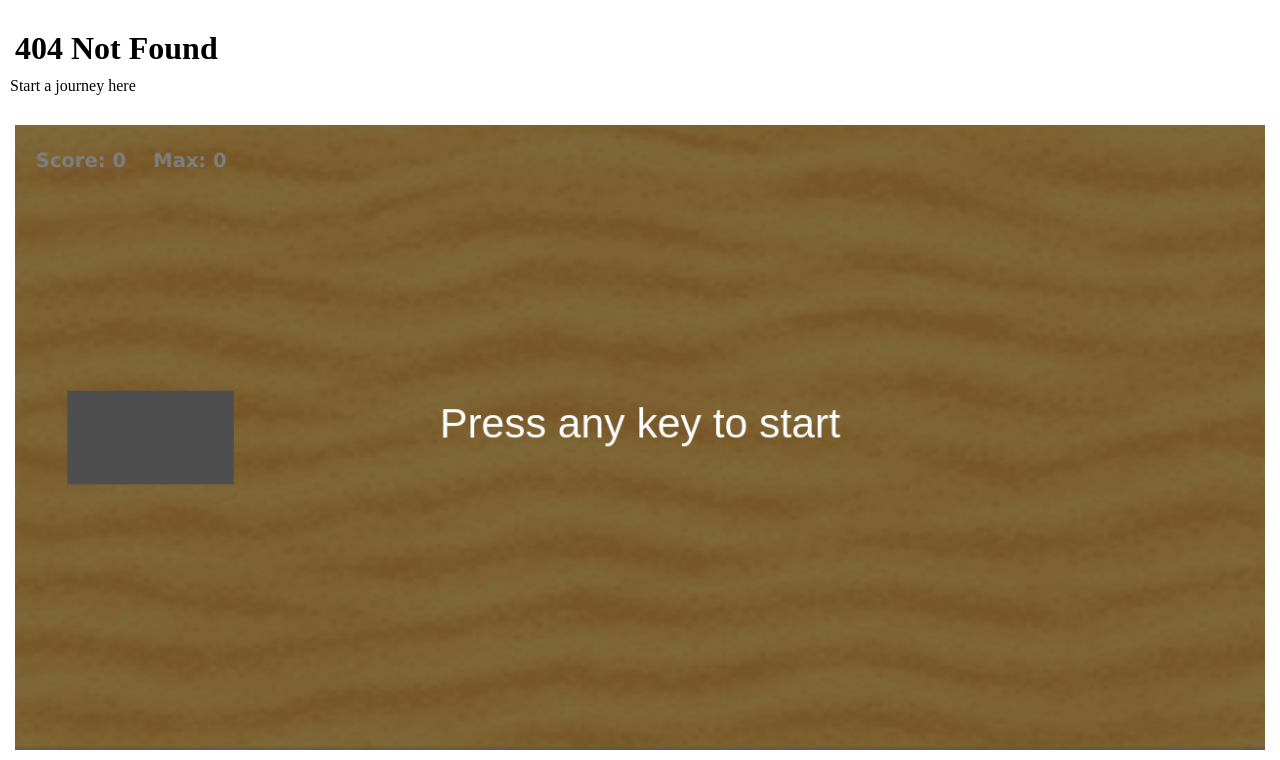
Repository: btgoo/game
Page: car.html
An editor plug-in stored every save of this project. The page is shown before and after the next save, followed by the edit.
The browser window is 1280 px wide. The pictures show the whole page.

Above is the page before, as saved 2025-10-26 02:49:00.

### car.html
<!DOCTYPE html>
<script src="carscript.js" defer type="module"></script>
<link rel="stylesheet" href="car_style.css">
<html lang="en">
<head>
    <meta charset="UTF-8">
    <meta http-equiv="X-UA-Compatible" content="IE=edge" />
    <meta name="viewport" content="width=device-width, initial-scale=1.0">
    <title>CarGo</title>
</head>
<body>
    <h1>404 Not Found</h1>
    Start a journey here
    <p id="demo"></p>
    <canvas id="game">
    </canvas>
</body>
 </html>

### carscript.js
const canvas = document.getElementById("game");
const ctx = canvas.getContext("2d");

const GAME_WIDTH = 1200;
const GAME_HEIGHT = 600;
const PLAYER_WIDTH = 160;
const PLAYER_HEIGHT = 90;
const CACTI_WIDTH = 78;
const CACTI_Height = 90;

const NUM_LANES = 5;

const obstacleData = [
    {src: "./assets/car_images/cactus_1.png", width:CACTI_WIDTH, height:CACTI_WIDTH},
    {src: "./assets/car_images/cactus_2.png", width:CACTI_WIDTH, height:CACTI_Height},
    {src: "./assets/car_images/cactus_3.png", width:CACTI_WIDTH, height:CACTI_Height},
    {src: "./assets/car_images/cactus_1.png", width:CACTI_WIDTH, height:CACTI_WIDTH},
    {src: "./assets/car_images/cactus_2.png", width:CACTI_WIDTH, height:CACTI_Height},
    {src: "./assets/car_images/cactus_3.png", width:CACTI_WIDTH, height:CACTI_Height},
    {src: "./assets/car_images/tumbleweed.png", width:CACTI_WIDTH, height:CACTI_WIDTH},
    {src: "./assets/car_images/red_car.png", width:PLAYER_WIDTH, height:PLAYER_HEIGHT},
    {src: "./assets/car_images/green_car.png", width:PLAYER_WIDTH, height:PLAYER_HEIGHT},
];

let obstacleImgs = [];
obstacleData.forEach(data => {
    const img = new Image();
    img.src = data.src;
    img.width = data.width;
    img.height = data.height;
    obstacleImgs.push(img);
});

const explosionImg = new Image();
explosionImg.src = "./assets/car_images/explosion_sprite.png";

let explosions = [];

let scaleRatio = null;
let backgroundX = 0;
let gameSpeed = 3;
let speedIncreaseRate = 0.0001;

let gameRunning = false;
let gameOver = false;

let score = 0;
let maxScore = 0;

let car = {
  x: GAME_WIDTH / 24,
  width: PLAYER_WIDTH,
  height: PLAYER_HEIGHT,
  lane: 2,
};

let obstacles = [];
let obstacleTimer = 0;
let obstacleInterval = 80;
let lanes = [];

function setupLanes() {
  const laneHeight = GAME_HEIGHT / NUM_LANES;
  lanes = [];
  for (let i = 0; i < NUM_LANES; i++) {
    lanes.push(laneHeight * i + (laneHeight - car.height) / 2);
  }
  car.y = lanes[car.lane];
}

function getScaleRatio() {
  const screenHeight = Math.min(window.innerHeight, document.documentElement.clientHeight);
  const screenWidth = Math.min(window.innerWidth, document.documentElement.clientWidth);

  if (screenWidth / screenHeight < GAME_WIDTH / GAME_HEIGHT) {
    return screenWidth / GAME_WIDTH;
  } else {
    return screenHeight / GAME_HEIGHT;
  }
}

function setScreen() {
  scaleRatio = getScaleRatio();
  canvas.width = GAME_WIDTH * scaleRatio;
  canvas.height = GAME_HEIGHT * scaleRatio;
  setupLanes();
}

setScreen();
window.addEventListener("resize", () => {
  setScreen();
  drawScene();
});

const backgroundImg = new Image();
backgroundImg.src = "./assets/car_images/background.png";

const carImg = new Image();
carImg.src = "./assets/car_images/blue_car.png";

backgroundImg.onload = requestAnimationFrame(gameLoop);
carImg.onload = () => requestAnimationFrame(gameLoop);

backgroundImg.onload = drawStartScreen;
carImg.onload = drawStartScreen;


function drawStartScreen() {
    drawScene();
    ctx.fillStyle = "rgba(0, 0, 0, 0.5)";
    ctx.fillRect(0, 0, canvas.width, canvas.height);

    ctx.fillStyle = "white";
    ctx.font = `${40 * scaleRatio}px Arial`;
    ctx.textAlign = "center";
    ctx.fillText("Press any key to start", canvas.width / 2, canvas.height / 2);
}

function drawScene() {
    ctx.clearRect(0, 0, canvas.width, canvas.height);

    const bgWidth = canvas.width;
    const bgHeight = canvas.height;
    let bgX = -backgroundX * scaleRatio;

    ctx.drawImage(backgroundImg, bgX, 0, bgWidth, bgHeight);
    ctx.drawImage(backgroundImg, bgX + bgWidth, 0, bgWidth, bgHeight);

    ctx.fillStyle = "white";
    ctx.font = `bold ${20}px Verdana`;
    ctx.textAlign = "left";
    ctx.fillText(`Score: ${score}    Max: ${maxScore}`, 20 * scaleRatio, 40 * scaleRatio);

    if (backgroundX * scaleRatio >= bgWidth) backgroundX = 0;

    obstacles.forEach((ob) => {
        ctx.drawImage(
        ob.img,
        ob.x * scaleRatio,
        ob.y * scaleRatio,
        ob.width * scaleRatio,
        ob.height * scaleRatio
        );
    });

    if (!gameOver) {
        ctx.drawImage(
            carImg,
            car.x * scaleRatio,
            car.y * scaleRatio,
            car.width * scaleRatio,
            car.height * scaleRatio
        );
    }
    explosions.forEach((ex, i) => {
        const frameWidth = explosionImg.width / ex.maxFrames;
        const frameHeight = explosionImg.height;

        ctx.drawImage(
            explosionImg,
            frameWidth * ex.frame,
            0,
            frameWidth,
            frameHeight,
            ex.x * scaleRatio,
            ex.y * scaleRatio,
            ex.width * scaleRatio,
            ex.height * scaleRatio
        );

        ex.tick++;
        if (ex.tick % ex.frameSpeed === 0) {
            ex.frame++;
        }
        if (ex.frame >= ex.maxFrames) {
            explosions.splice(i, 1);
        }
    });
    if (gameOver) {
        ctx.fillStyle = "rgba(0, 0, 0, 0.6)";
        ctx.fillRect(0, 0, canvas.width, canvas.height);
        ctx.fillStyle = "white";
        ctx.font = `${60 * scaleRatio}px Arial Black`;
        ctx.textAlign = "center";
        ctx.fillText("GAME OVER", canvas.width / 2, canvas.height / 2);
        ctx.font = `${30 * scaleRatio}px Arial`;
        ctx.fillText("Press any key to restart", canvas.width / 2, canvas.height / 2 + 60 * scaleRatio);
    }
}

function gameLoop() {
    if (gameRunning && !gameOver) {
        backgroundX += gameSpeed;

        obstacleTimer++;
        if (obstacleTimer > obstacleInterval) {
            spawnObstacle();
            obstacleTimer = 0;
            obstacleInterval = 100 + Math.random() * 10;
        }

        obstacles.forEach((ob) => {
            ob.x -= gameSpeed;

            if (!ob.counted && ob.x + ob.width < car.x) {
                score++;
                ob.counted = true;

                if (score > maxScore) {
                    maxScore = score;
                }
            }
        });

        obstacles = obstacles.filter((ob) => ob.x + ob.width > 0);

        checkCollisions();

        gameSpeed += speedIncreaseRate;

        drawScene();
    }
    requestAnimationFrame(gameLoop);
}
requestAnimationFrame(gameLoop);

function checkCollisions() {
    obstacles.forEach((ob, index) => {
      const carLeft = car.x;
      const carRight = car.x + car.width;
      const carTop = car.y;
      const carBottom = car.y + car.height;

      const obLeft = ob.x;
      const obRight = ob.x + ob.width-10;
      const obTop = ob.y;
      const obBottom = ob.y + ob.height;

      const horizontalOverlap = carLeft < obRight && carRight > obLeft;
      const verticalOverlap = carTop < obBottom && carBottom > obTop;

      if (horizontalOverlap && verticalOverlap) {
        spawnExplosion(car.x, car.y, car.width, car.height);
        setTimeout(setGameOver, 100);
      }
    });
}

function setGameOver(){
    gameRunning = false;
    gameOver = true
    drawScene();
}

function spawnObstacle() {
    const lane = Math.floor(Math.random() * NUM_LANES);
    const imgIndex = Math.floor(Math.random() * obstacleImgs.length);
    const chosenImg = obstacleImgs[imgIndex];

    const newObstacle = {
        x: GAME_WIDTH + 50,
        y: lanes[lane],
        width: chosenImg.width,
        height: chosenImg.height,
        lane: lane,
        img: chosenImg
    };
    obstacles.push(newObstacle);
}

function spawnExplosion(x, y, width, height) {
    explosions.push({
        x: x,
        y: y,
        width: width,
        height: height,
        frame: 0,
        maxFrames: 15,
        frameSpeed: 3,
        tick: 0
    });
}

window.addEventListener("keydown", (e) => {
    if (!gameRunning && !gameOver) {
      // start
      gameRunning = true;
        obstacles = [];
        explosions = [];
        backgroundX = 0;
        gameSpeed = 3;
        score = 0;
        drawScene();
    } else if (gameOver) {
      // restart
        gameOver = false;
        gameRunning = true;
        backgroundX = 0;
        obstacles = [];
        explosions = [];
        gameSpeed = 3;
        score = 0;
    } else {
      // move car if running
      if (e.key === "ArrowUp" && car.lane > 0) {
        car.lane--;
      } else if (e.key === "ArrowDown" && car.lane < NUM_LANES - 1) {
        car.lane++;
      }
      car.y = lanes[car.lane];
    }
});

### car_style.css
* {
    padding: 5px;
    padding-top: 10px;
    padding-bottom: 10px;
    margin: 0px;
}
body{
    padding-left: 5px;
    display:flex;
    flex-direction: column;
    height: 100vh;

    user-select: none;
    touch-action: none;
    -webkit-touch-callout: none;
    -webkit-user-select: none;
    -khtml-user-select: none;
    -moz-user-select: none;
    -ms-user-select: none;
    user-select: none;
    outline: none;
    -webkit-tap-highlight-color: rgba(255, 255, 255, 0);
}

After the next save:
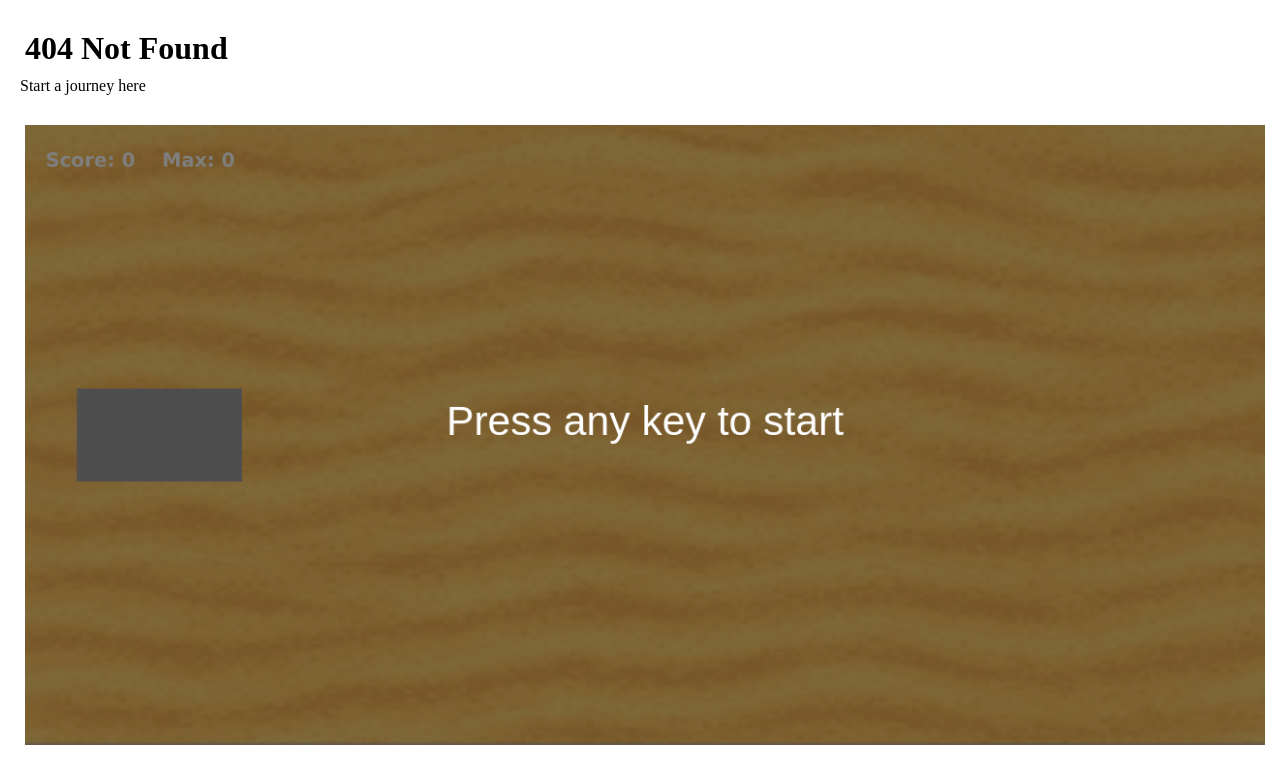
Saved 4 s later.
--- a/car_style.css
+++ b/car_style.css
@@ -5,7 +5,7 @@
     margin: 0px;
 }
 body{
-    padding-left: 5px;
+    padding-left: 15px;
     display:flex;
     flex-direction: column;
     height: 100vh;
